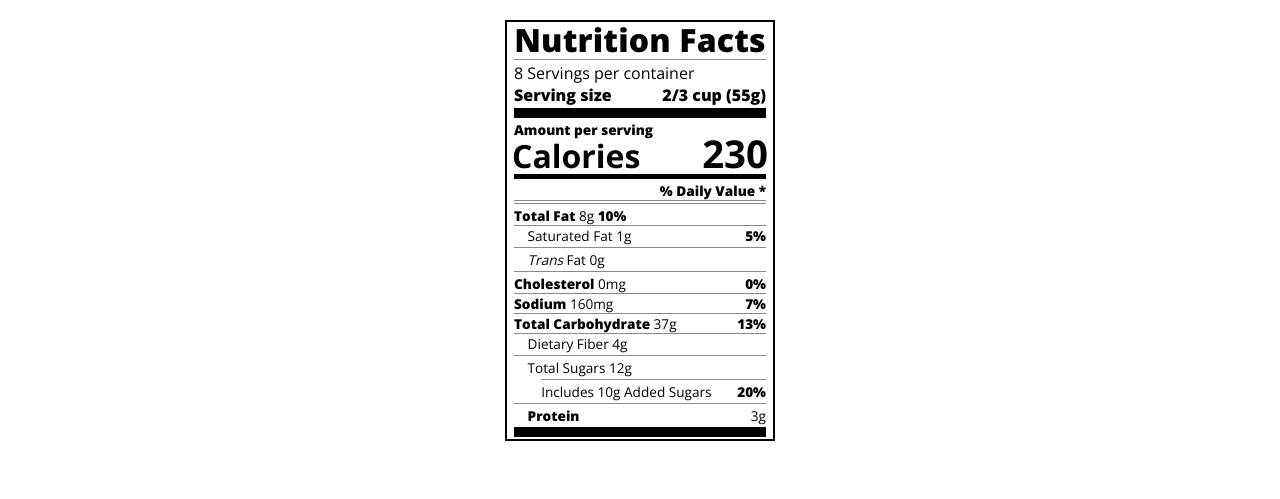
Repository: Lungdjos/typography
Page: index.html
An editor plug-in stored every save of this project. The page is shown before and after the next save, followed by the edit.
The browser window is 1280 px wide. The pictures show the whole page.

Above is the page before, as saved 2023-10-28 02:52:16.

After the next save:
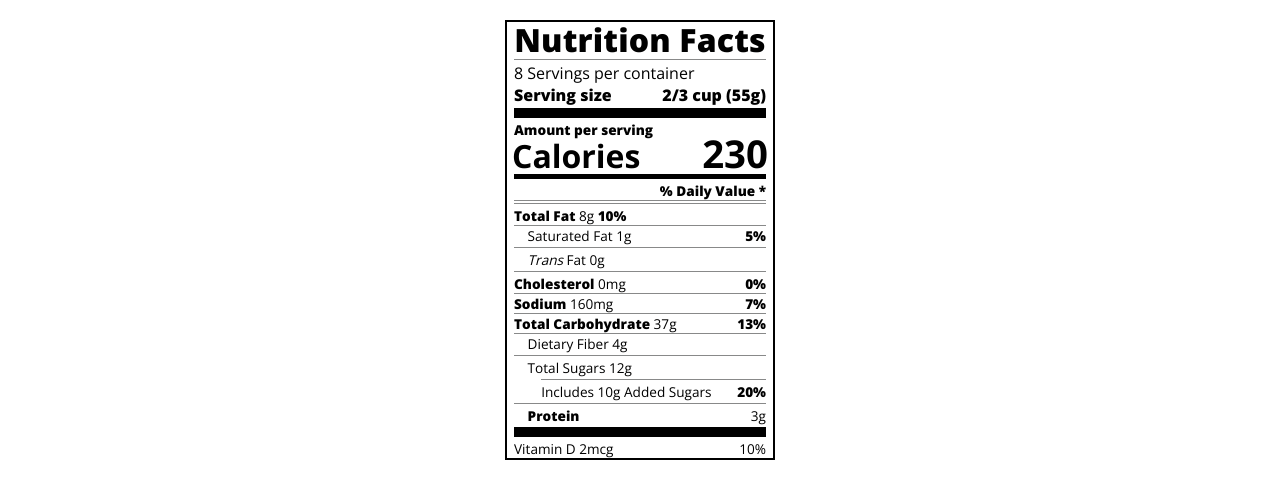
Saved 3 min 11 s later.
--- a/index.html
+++ b/index.html
@@ -46,6 +46,7 @@
             <div class="divider"></div>
             <p class="indent no-divider"><span class="bold">Protein</span> 3g</p>
             <div class="divider large"></div>
+            <p class="no-divider">Vitamin D 2mcg<span class="">10%</span></p>
         </div>
     </div>
 
